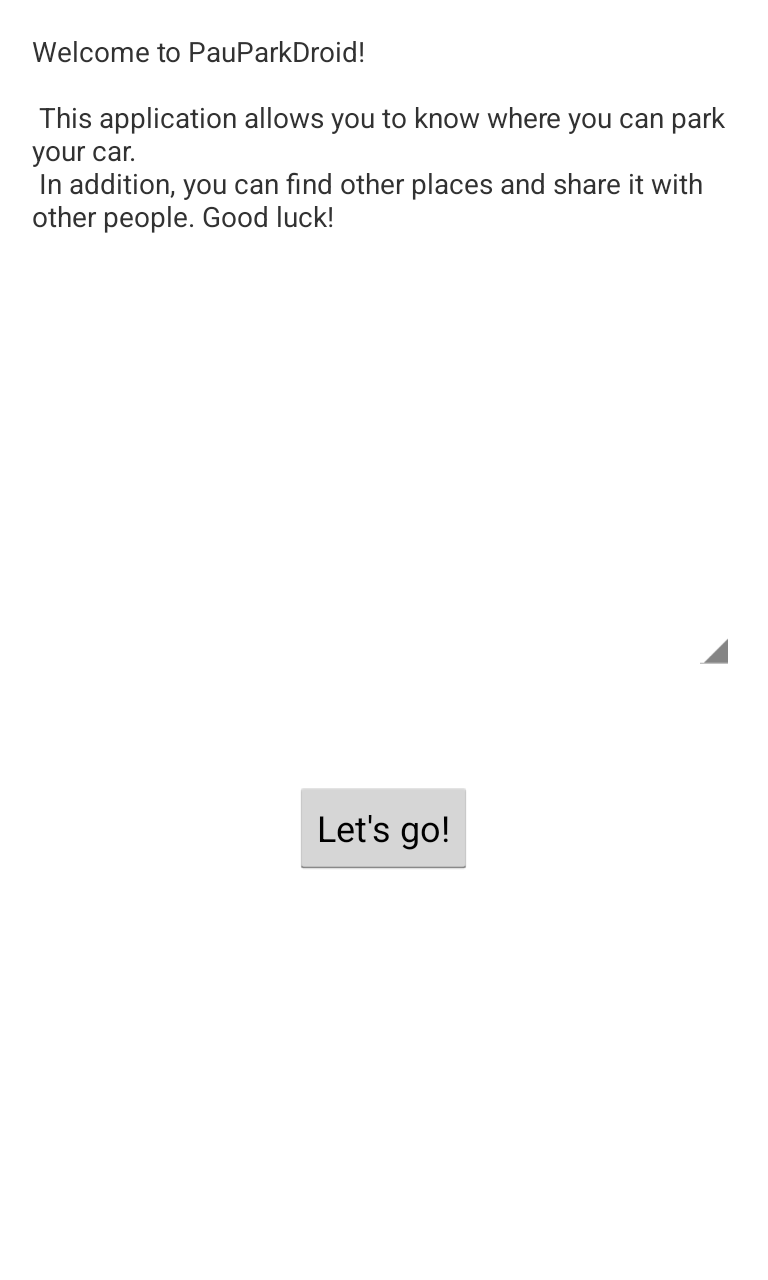
Repository: arrotacon/PauParkAndroid
Layout: PauPark_Workspace/PauParkDroid/res/layout/activity_home.xml
The author's editor kept a copy of each file at every save. The layout is drawn from the files as they stood at one save, then again after the next save.
It is drawn on a 768 x 1280 px phone screen (xhdpi) without system bars, with theme AppTheme; the app's code is not run.

Above is the layout before, as saved 2014-12-05 18:41:40.

### PauPark_Workspace/PauParkDroid/res/layout/activity_home.xml
<RelativeLayout xmlns:android="http://schemas.android.com/apk/res/android"
    xmlns:tools="http://schemas.android.com/tools"
    android:layout_width="match_parent"
    android:layout_height="match_parent"
    android:paddingBottom="@dimen/activity_vertical_margin"
    android:paddingLeft="@dimen/activity_horizontal_margin"
    android:paddingRight="@dimen/activity_horizontal_margin"
    android:paddingTop="@dimen/activity_vertical_margin"
    tools:context="fr.univpau.pauparkdroid.Home" >

    <TextView
        android:id="@+id/textView1"
        android:layout_width="wrap_content"
        android:layout_height="wrap_content"
        android:layout_alignParentTop="true"
        android:layout_centerHorizontal="true"
        android:text="@string/welcome" />

    <Button
        android:id="@+id/button1"
        android:layout_width="wrap_content"
        android:layout_height="wrap_content"
        android:layout_below="@+id/spinner1"
        android:layout_centerHorizontal="true"
        android:layout_marginTop="54dp"
        android:text="@string/home_button" />

    <Spinner
        android:id="@+id/spinner1"
        android:layout_width="wrap_content"
        android:layout_height="wrap_content"
        android:layout_alignParentRight="true"
        android:layout_centerVertical="true"
        tools:ignore="RtlHardcoded" />

</RelativeLayout>

### PauPark_Workspace/PauParkDroid/res/values/strings.xml
<?xml version="1.0" encoding="utf-8"?>
<resources>

    <string name="app_name">PauParkDroid</string>
    <string name="title_activity_home">PauParkDroid</string>
    <string name="hello_world">Hello world!</string>
    <string name="action_settings">Settings</string>

    <string name="welcome">Welcome to PauParkDroid!\n\n This application allows you to know where you can park your car.\n
        In addition, you can find other places and share it with other people. Good luck!</string>

    <string name="home_button">Let\'s go!</string>
    <string name="title_activity_parking">Parking</string>
    <string name="title_activity_good_deal">GoodDeal</string>

    <string-array name="home_array">
        <item>Parking</item>
        <item>Good Deal</item>
    </string-array>


</resources>

Loaded but not shown: PauPark_Workspace/PauParkDroid/res/values/styles.xml (common file); PauPark_Workspace/PauParkDroid/res/values-v11/styles.xml (common file); PauPark_Workspace/PauParkDroid/res/values-v14/styles.xml (common file); PauPark_Workspace/PauParkDroid/res/values/dimens.xml (common file); PauPark_Workspace/PauParkDroid/res/values-w820dp/dimens.xml (common file)

After the next save:
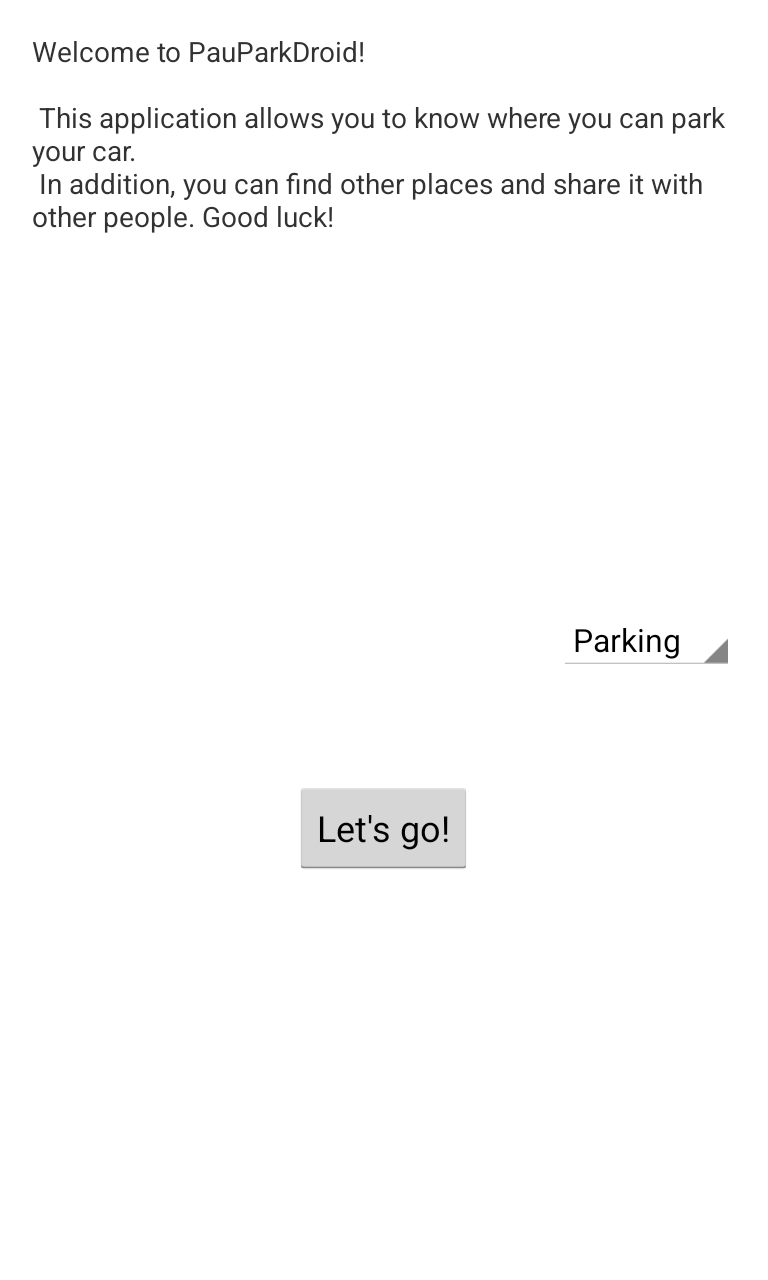
Saved 110 s later.
--- a/PauPark_Workspace/PauParkDroid/res/layout/activity_home.xml
+++ b/PauPark_Workspace/PauParkDroid/res/layout/activity_home.xml
@@ -31,6 +31,7 @@
         android:layout_height="wrap_content"
         android:layout_alignParentRight="true"
         android:layout_centerVertical="true"
+        android:entries="@array/home_array"
         tools:ignore="RtlHardcoded" />
 
 </RelativeLayout>
